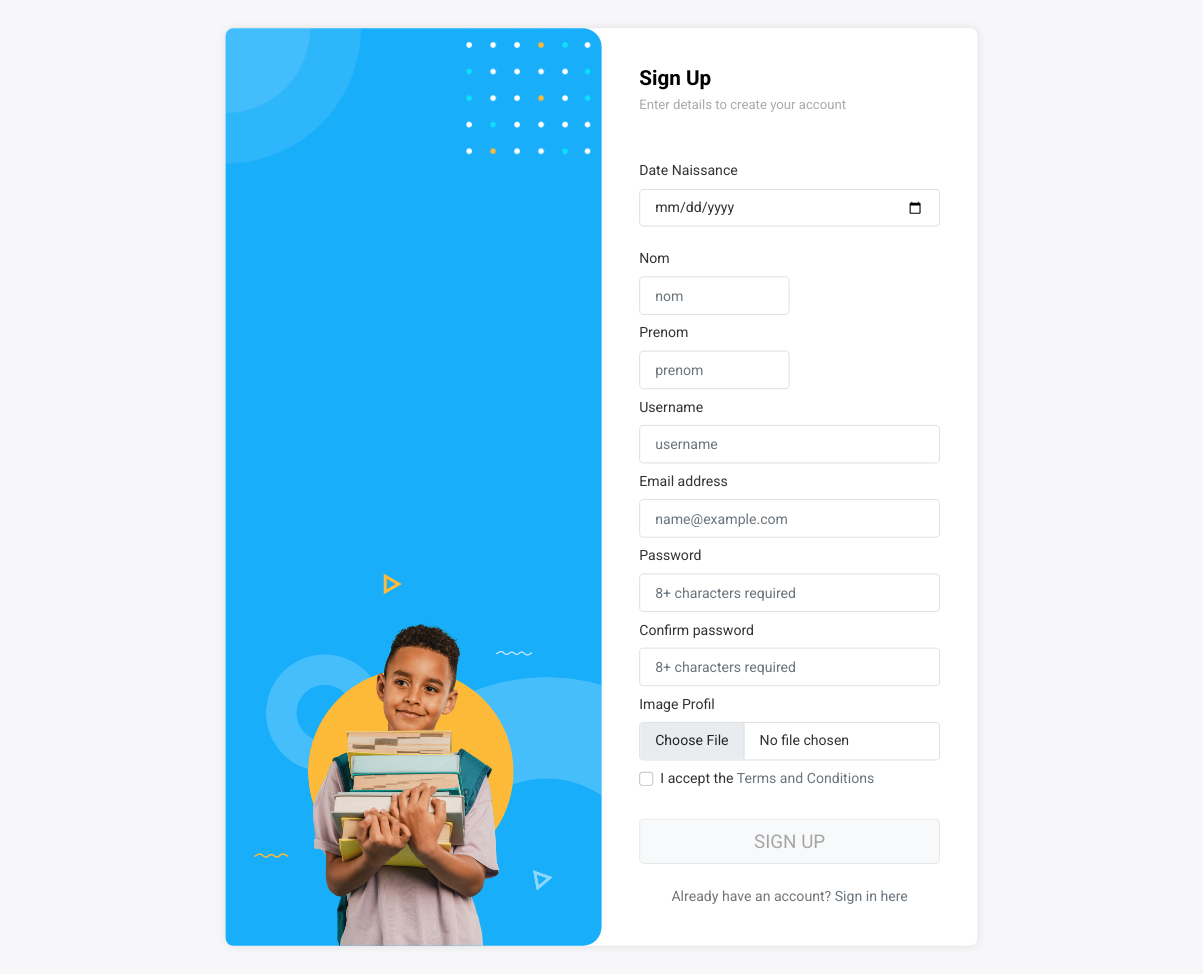
Repository: djadame/Projet
Page: http://localhost/inscription/
An editor plug-in stored every save of this project. The page is shown before and after the next save, followed by the edit.
The browser window is 1280 px wide. The pictures show the whole page, at 94% of full size.
The page is served by the project's application, run on Django 4.2 (manage.py).

Above is the page before, as saved 2023-08-23 00:02:59.
Console error: ReferenceError: feather is not defined

After the next save:
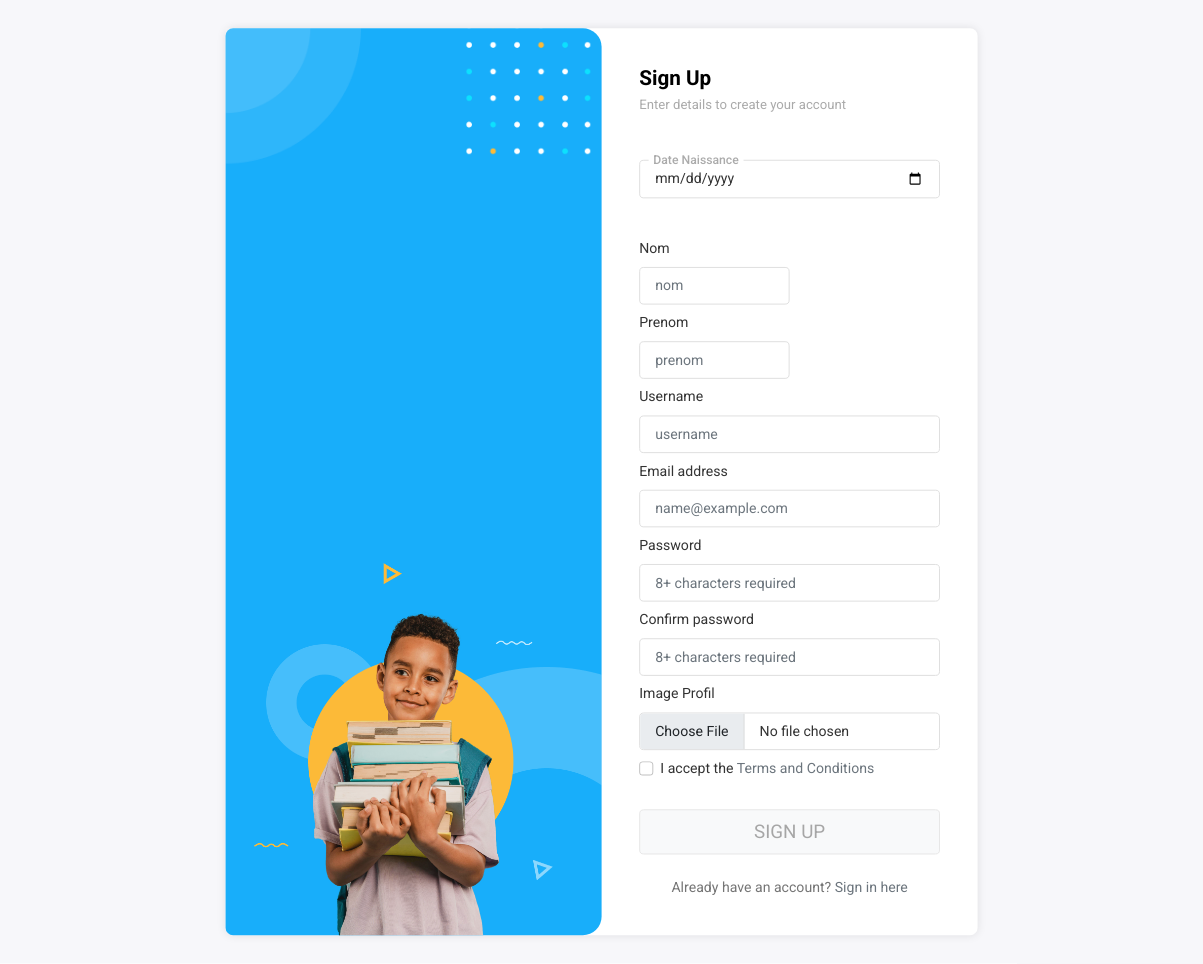
Saved 7 s later.
--- a/templates/Utilisateur/inscription.html
+++ b/templates/Utilisateur/inscription.html
@@ -23,7 +23,7 @@
 
                 <p class="alert alert-danger">{{ message }}</p>
                 {% endif %}
-                <div class="form-groupe">
+                <div class="form-group">
 
                     <label class="form-label">Date Naissance</label>
                     <input type="date" id="date_naissance" name="date" class="form-control form-control-lg"
